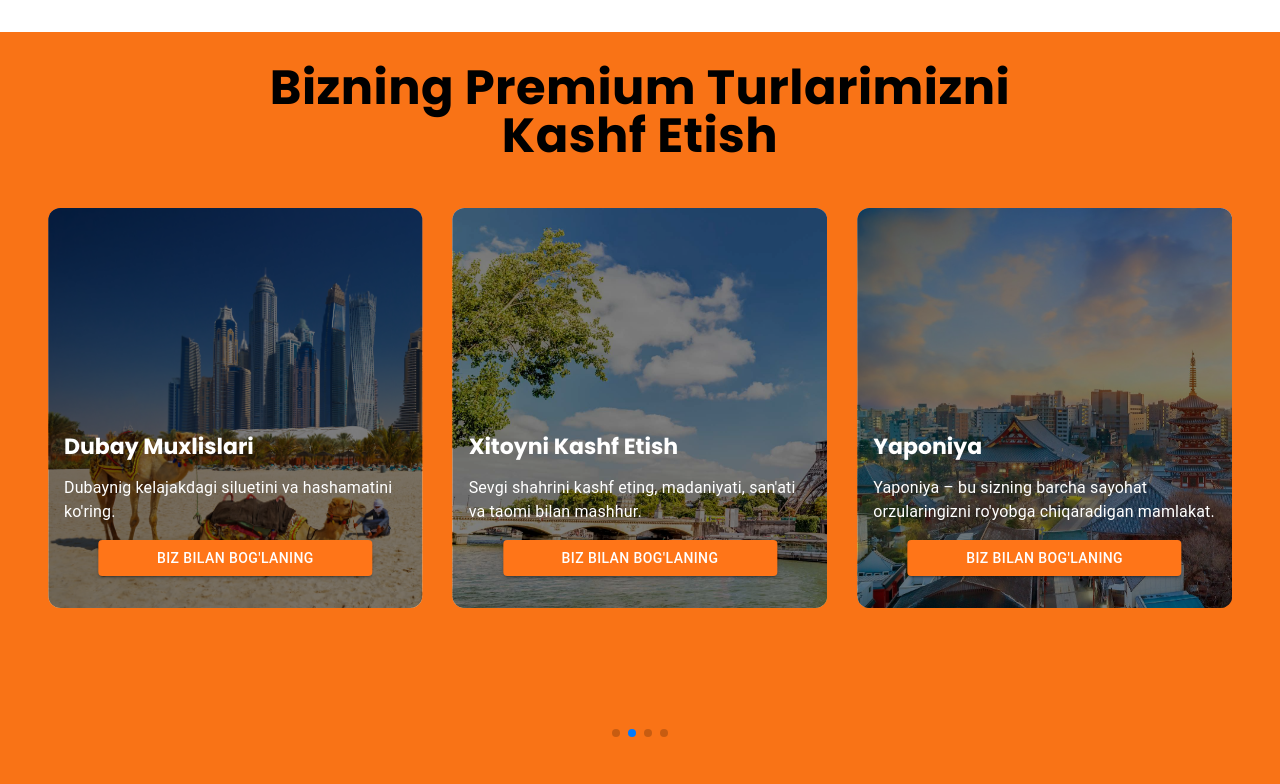
Repository: OgabekErkinov/i-am-tourist
Page: /
An editor plug-in stored every save of this project. The page is shown before and after the next save, followed by the edit.
The browser window is 1280 px wide. The pictures show the whole page.
The project was rebuilt for these pictures with package versions that can differ from the ones it lists, and the page was loaded fresh each time. Also part of the build but not shown: vite.config.js, src/components/navbar/LightDarkButton.jsx, src/I18/i18.js, src/components/navbar/languages/LanguageButton.jsx, src/components/navbar/NavbarItem.jsx, src/components/navbar/SocialNetworks.jsx, src/components/navbar/Logo.jsx, src/components/navbar/SectionsLinks.jsx and 7 more.

Above is the page before, as saved 2024-12-24 16:10:10.

### index.html
<!doctype html>
<html lang="en">
  <head>
    <meta charset="UTF-8" />
    <link rel="icon" type="image/svg+xml" href="https://www.ifly.com.uz/assets/logo-BPA5zOgc.png" />
    <meta name="viewport" content="width=device-width, initial-scale=1.0" />
    <link rel="preconnect" href="https://fonts.googleapis.com">
    <link rel="preconnect" href="https://fonts.gstatic.com" crossorigin>
    <link href="https://fonts.googleapis.com/css2?family=Poppins:ital,wght@0,100;0,200;0,300;0,400;0,500;0,600;0,700;0,800;0,900;1,100;1,200;1,300;1,400;1,500;1,600;1,700;1,800;1,900&display=swap" rel="stylesheet">
    <title>iFLY.com</title>
  </head>
  <body>
    <div id="root"></div>
    <script type="module" src="/src/main.jsx"></script>
  </body>
</html>

### src/index.css
/* Universal Reset */
* {
  margin: 0;
  padding: 0;
  box-sizing: border-box;
}


/* Root Container */
#root {
  max-width: 1900px;
  margin: 0 auto;
  display: flex;
  flex-direction: column;
  align-items: center;
  justify-content: center;
  font-family: 'Poppins';
  box-sizing: border-box;
}

### src/App.jsx
import { Stack } from "@mui/material"
import Header from "./components/header/Header"
import Main from "./components/main/Main"

function App() {


  return (
    <Stack width='100%'
           height='auto'
           alignItems='center'
           gap='1rem'>
        <Header/>
        <Main/>
    </Stack>



  )
}

export default App

### src/components/header/Header.jsx
import { Box, Stack } from '@mui/material';
import Navbar from '../navbar/Navbar';
import Slider from './Slider';
import React from 'react';
import Cards from '../cards/Cards';

const Header = () => {
  return (
    <Stack height="auto"
           width='100%'
           gap="2rem"
           marginBottom='1rem'
           boxSizing="border-box">
             <Stack width="100%"
                    height="auto"
                    alignItems='center'>
                         {/* <Box width="100%"
                              height="10vh"
                              bgcolor="transparent">
                        </Box> */}
                        {/* <Navbar /> */}
                        {/* <Slider /> */}
               </Stack>
               {/* <Cards /> */}
    </Stack>
  );
}

export default Header;

### src/components/main/Main.jsx
import { Stack } from '@mui/material'
import React from 'react'
import PremiumTours from '../premium/PremiumTours'
import TourPlaces from '../tourPlaces/TourPlaces'
import About from '../about/About'

const Main = () => {
  return (
    <Stack width={'100%'}
           height={'auto'}
           alignItems={'center'}
           gap='1rem'>
        <PremiumTours/>
        {/* <TourPlaces/> */}
        {/* <About/> */}

    </Stack>
  )
}

export default Main

### src/components/premium/PremiumTours.jsx
import React from 'react';
import { Stack, Typography, Box } from '@mui/material';
import 'swiper/css';
import 'swiper/css/effect-fade';
import 'swiper/css/pagination';
import 'swiper/css/autoplay';
import { Swiper, SwiperSlide } from 'swiper/react';
import { Navigation, Pagination, Scrollbar, Autoplay } from 'swiper/modules';
import { premiumToursServices } from '../../Database/db';
import PremiumItem from './PremiumItem';

const PremiumTours = () => {

  return (
    <Stack height={'auto'}
           width={'100%'}
           padding={'2rem 2rem'}
           bgcolor={'#F97316'}
           boxSizing={'border-box'} >
          <Stack height={'100%'}
                 width={'100%'}
                 justifyContent={'space-between'}
                 alignItems={'center'}
                 gap={'2rem'}>
              {/* Title */}
                <Typography fontFamily={'Poppins'}
                            width={'70%'}
                            fontSize={'48px'}
                            lineHeight={'48px'}
                            fontWeight={'bold'}
                            textAlign={'center'}
                            height={'auto'}
                            sx={{
                              '@media (max-width: 900px)': {
                               fontSize: '36px',
                               lineHeight: '40px',
                                },
                              '@media (max-width: 600px)': {
                                fontSize: '24px',
                                lineHeight: '28px',
                                },
                               }}>
                               Bizning Premium Turlarimizni Kashf Etish
                 </Typography>
            {/* Slider */}
                 <Box display={'flex'}
                      alignItems={'center'}
                      justifyContent={'center'}
                      height={'35rem'}
                      width={'100%'}>
                      <Swiper
                          modules={[Navigation, Pagination, Scrollbar, Autoplay]}
                          autoplay={{ delay: 2500, disableOnInteraction: false }}
                          navigation
                          pagination={{ clickable: false }}
                          scrollbar={{ draggable: true }}
                          loop={true}
                          style={{
                               width: '100%',
                               height: '100%',
                               padding : '1rem',
                               display : 'flex',
                               justifyContent : 'center',
                               alignItems : 'center' }}
                          breakpoints={{
                               524: {
                                  slidesPerView: 1,
                                  spaceBetween: 10 },
                               765: {
                                  slidesPerView: 2,
                                  spaceBetween: 20 },
                              1200: {
                                  slidesPerView: 3,
                                  spaceBetween: 30 } }}>
                          {
                           premiumToursServices?.map((tour, idx) => {
                                  return (
                                         <SwiperSlide key={idx}>
                                                 <PremiumItem tour={tour} />
                                           </SwiperSlide>
                                          );  })
                           }
                       </Swiper>
                  </Box>
            </Stack>
    </Stack>
  );
};

export default PremiumTours;

### src/Database/db.js
export const social_medias = [
    {
        id : 1,
        name : 'facebook',
        link : 'https://www.facebook.com',
        pathD : 'M279.14 288l14.22-92.66h-88.91v-60.13c0-25.35 12.42-50.06 52.24-50.06h40.42V6.26S260.43 0 225.36 0c-73.22 0-121.08 44.38-121.08 124.72v70.62H22.89V288h81.39v224h100.17V288z'
    },
    {
        id : 2,
        name : 'twitter',
        url : 'https://www.twitter.com',
        pathD : 'M419.37 151.716c.325 4.548.325 9.097.325 13.645 0 138.72-105.583 298.558-298.558 298.558-59.452 0-114.68-17.219-161.137-47.106 8.447.974 16.568 1.299 25.34 1.299 49.055 0 94.213-16.568 130.274-44.832-46.132-.975-84.792-31.188-98.112-72.772 6.498.974 12.995 1.624 19.818 1.624 9.421 0 18.843-1.3 27.614-3.573-48.081-9.747-84.143-51.98-84.143-102.985v-1.299c13.969 7.797 30.214 12.67 47.431 13.319-28.264-18.843-46.781-51.005-46.781-87.391 0-19.492 5.197-37.36 14.294-52.954 51.655 63.675 129.3 105.258 216.365 109.807-1.624-7.797-2.599-15.918-2.599-24.04 0-57.828 46.782-104.934 104.934-104.934 30.213 0 57.502 12.67 76.67 33.137 23.715-4.548 46.456-13.32 66.599-25.34-7.798 24.366-24.366 44.833-46.132 57.827 21.117-2.273 41.584-8.122 60.426-16.243-14.292 20.791-32.161 39.308-52.628 54.253z'
    },
    {
        id : 3,
        name : 'instagram',
        url : 'https://www.instagram.com/ifly.com.uz',
        pathD : 'M224.1 141c-63.6 0-114.9 51.3-114.9 114.9s51.3 114.9 114.9 114.9S339 319.5 339 255.9 287.7 141 224.1 141zm0 189.6c-41.1 0-74.7-33.5-74.7-74.7s33.5-74.7 74.7-74.7 74.7 33.5 74.7 74.7-33.6 74.7-74.7 74.7zm146.4-194.3c0 14.9-12 26.8-26.8 26.8-14.9 0-26.8-12-26.8-26.8s12-26.8 26.8-26.8 26.8 12 26.8 26.8zm76.1 27.2c-1.7-35.9-9.9-67.7-36.2-93.9-26.2-26.2-58-34.4-93.9-36.2-37-2.1-147.9-2.1-184.9 0-35.8 1.7-67.6 9.9-93.9 36.1s-34.4 58-36.2 93.9c-2.1 37-2.1 147.9 0 184.9 1.7 35.9 9.9 67.7 36.2 93.9s58 34.4 93.9 36.2c37 2.1 147.9 2.1 184.9 0 35.9-1.7 67.7-9.9 93.9-36.2 26.2-26.2 34.4-58 36.2-93.9 2.1-37 2.1-147.8 0-184.8zM398.8 388c-7.8 19.6-22.9 34.7-42.6 42.6-29.5 11.7-99.5 9-132.1 9s-102.7 2.6-132.1-9c-19.6-7.8-34.7-22.9-42.6-42.6-11.7-29.5-9-99.5-9-132.1s-2.6-102.7 9-132.1c7.8-19.6 22.9-34.7 42.6-42.6 29.5-11.7 99.5-9 132.1-9s102.7-2.6 132.1 9c19.6 7.8 34.7 22.9 42.6 42.6 11.7 29.5 9 99.5 9 132.1s2.7 102.7-9 132.1z'
    },
    {
        id : 4,
        name : 'linkedIn',
        url : 'https://www.linkedin.com',
        pathD : 'M100.28 448H7.4V148.9h92.88zM53.79 108.1C24.09 108.1 0 83.5 0 53.8a53.79 53.79 0 0 1 107.58 0c0 29.7-24.1 54.3-53.79 54.3zM447.9 448h-92.68V302.4c0-34.7-.7-79.2-48.29-79.2-48.29 0-55.69 37.7-55.69 76.7V448h-92.78V148.9h89.08v40.8h1.3c12.4-23.5 42.69-48.3 87.88-48.3 94 0 111.28 61.9 111.28 142.3V448z'
    },
    {
        id : 5,
        name : 'youtube',
        url : 'https://www.youtube.com',
        pathD : 'M549.655 124.083c-6.281-23.65-24.787-42.276-48.284-48.597C458.781 64 288 64 288 64S117.22 64 74.629 75.486c-23.497 6.322-42.003 24.947-48.284 48.597-11.412 42.867-11.412 132.305-11.412 132.305s0 89.438 11.412 132.305c6.281 23.65 24.787 41.5 48.284 47.821C117.22 448 288 448 288 448s170.78 0 213.371-11.486c23.497-6.321 42.003-24.171 48.284-47.821 11.412-42.867 11.412-132.305 11.412-132.305s0-89.438-11.412-132.305zm-317.51 213.508V175.185l142.739 81.205-142.739 81.201z'
    }
]

export const navLinks = [
    {
        id : 6,
        name : 'Excursions',
        link : '#excursions'
    },
    {
        id : 7,
        name : 'City',
        link : '#city'
    },
    {
        id : 8,
        name : 'About',
        link : '#about'
    },
    {
        id : 9,
        name : 'Contact',
        link : '#contact'
    }
]

export const SliderItems = [
    {
        url : '/malakali.jpg',
        heading : 'Malakali shahar',
        paragraph : "Dunyoning ko'ngilochar poytaxtiga sho'ng'ing."
    },
    {
        url : '/turkiya.jpg',
        heading : 'Sehrli Turkiya',
        paragraph : "Turkiyaning boy tarixi va ajoyib manzaralarini o'rganing."
    },
    {
        url : '/orol.jpg',
        heading : 'Orol chekinishi',
        paragraph : 'Ajoyib orol landshaftlari orasida tinchlikni his eting.'
    },
    {
        url : '/yaponiya.jpg',
        heading : 'Yaponiya',
        paragraph : "Zamonaviy hayot va qadimiy an'analar mamlakati"
    },
    {
        url : '/dubai.jpg',
        heading : "Dubayni kashf eting",
        paragraph : "Birlashgan Arab Amirliklarida hashamat, innovatsiyalar va sarguzashtlarni kashf eting."

    },
    {
        url : '/xitoyni.jpg',
        heading : 'Xitoyni kashf qiling',
        paragraph : "Xitoy: qadimgi tarix, Buyuk devor, innovatsiyalar, jonli madaniyat."
    },
    {
        url : '/tailand.jpg',
        heading : 'Tropik Tailand',
        paragraph : "Chiroyli plyajlarda dam oling va mazali taomlarni tatib ko'ring."
    }
]

export const addBanners = [
    {
        heading : 'Ajoyib plyaj',
        paragraph : 'Zamonaviy plyajlarni kashf eting va quyosh ostida dam oling.'
    },
    {
        heading : "Tog' sarguzashtlari",
        paragraph : "Qiziqarli tog' sayohatiga chiqing va tabiatni o'rganing."
    },
    {
        heading : 'Shahar sayohatlari',
        paragraph : "Qiziqarli tog' sayohatiga chiqing va tabiatni o'rganing."
    }
]

export const languages = [
    {
        lang : "o'zbek",
        flag : '/uzbekistan.png',
        translator : 'uz'
    },
    {
        lang : 'english',
        flag : '/united-states.png',
        translator : 'en'
    },
    {
        lang : 'русский',
        flag : '/russia.png',
        translator : 'ru'
    }
]

export const premiumToursServices = [
    {
        title : 'Tokio Sarguzashtlari',
        paragraph : "Yaponiya yuragida an'ana va texnologiyaning uyg'unligini his eting.",
        image : '/tokioprem.jpg'
    },
    {
        title : 'Dubay Muxlislari',
        paragraph : "Dubaynig kelajakdagi siluetini va hashamatini ko'ring.",
        image : '/dubaipremium.jpg'
    },
    {
        title : 'Xitoyni Kashf Etish',
        paragraph : "Sevgi shahrini kashf eting, madaniyati, san'ati va taomi bilan mashhur.",
        image : '/xitoyprem.jpg'
    },
    {
        title : 'Yaponiya',
        paragraph : "Yaponiya – bu sizning barcha sayohat orzularingizni ro'yobga chiqaradigan mamlakat.",
        image : '/xitoypremium.jpg'
    }
]

export const tourPlaces = [
    {
        image : '/yaponiya.jpg',
        title : 'Tokio, Yaponiya',
        paragraph : "Tokio Yaponiya poytaxti bo'lib, an'anaviy binolarni zamonaviy osmono'parlar bilan birlashtirish."
    },
    {
        image : '/orol.jpg',
        title : 'Orol joyi',
        paragraph : "Shahar shovqinidan uzoqda, tabiatning ajoyib go'zalligida dam oling."
    },
    {
        image : '/dubai.jpg',
        title : 'Dubay, BAA',
        paragraph : "Dubayning hargi skylinesi va hashamatini guvohi boling."
    },
    {
        image : '/vetnam.jpg',
        title : 'Vetnam sarguzashti',
        paragraph : "Vetnamning go'zalligiga kirib boring, rang- barang guruch teraslari va noyob madaniyat bilan tanishing!"
    },
    {
        image : '/maldiv.jpg',
        title : 'Maldivlar',
        paragraph : "Oq qumli plyajlar va toza suvlar bilan tropik jannatda dam oling. Hashamatli kurortlar va ajoyib suv osti dunyosidan zavq oling!"
    },
    {
        image : '/tailand.jpg',
        title : 'Tropik Tailand',
        paragraph : "Tailand chiroyli orollari, ko'chada oziq-ovqat va boy madaniyat merosi bilan mashhur."
    },
    {
        image : '/turkiya.jpg',
        title : "Mo'jizaviy Turkiya",
        paragraph : "Turkiyaning boy tarixini va go'zal manzaralarini kashf eting."
    }
]

export const services = [
    {
        pathD : 'M480 192H365.71L260.61 8.06A16.014 16.014 0 0 0 246.71 0h-65.5c-10.63 0-18.3 10.17-15.38 20.39L214.86 192H112l-43.2-57.6c-3.02-4.03-7.77-6.4-12.8-6.4H16.01C5.6 128-2.04 137.78.49 147.88L32 256 .49 364.12C-2.04 374.22 5.6 384 16.01 384H56c5.04 0 9.78-2.37 12.8-6.4L112 320h102.86l-49.03 171.6c-2.92 10.22 4.75 20.4 15.38 20.4h65.5c5.74 0 11.04-3.08 13.89-8.06L365.71 320H480c35.35 0 96-28.65 96-64s-60.65-64-96-64z',
        title : 'Xalqaro Sayohat',
        paragraph : "Dunyodagi eng go'zal joylarga sayohatlarni tashkil etamiz.",
        color : 'blue'
    },
    {
        icon : 'M560 64c8.84 0 16-7.16 16-16V16c0-8.84-7.16-16-16-16H16C7.16 0 0 7.16 0 16v32c0 8.84 7.16 16 16 16h15.98v384H16c-8.84 0-16 7.16-16 16v32c0 8.84 7.16 16 16 16h240v-80c0-8.8 7.2-16 16-16h32c8.8 0 16 7.2 16 16v80h240c8.84 0 16-7.16 16-16v-32c0-8.84-7.16-16-16-16h-16V64h16zm-304 44.8c0-6.4 6.4-12.8 12.8-12.8h38.4c6.4 0 12.8 6.4 12.8 12.8v38.4c0 6.4-6.4 12.8-12.8 12.8h-38.4c-6.4 0-12.8-6.4-12.8-12.8v-38.4zm0 96c0-6.4 6.4-12.8 12.8-12.8h38.4c6.4 0 12.8 6.4 12.8 12.8v38.4c0 6.4-6.4 12.8-12.8 12.8h-38.4c-6.4 0-12.8-6.4-12.8-12.8v-38.4zm-128-96c0-6.4 6.4-12.8 12.8-12.8h38.4c6.4 0 12.8 6.4 12.8 12.8v38.4c0 6.4-6.4 12.8-12.8 12.8h-38.4c-6.4 0-12.8-6.4-12.8-12.8v-38.4zM179.2 256h-38.4c-6.4 0-12.8-6.4-12.8-12.8v-38.4c0-6.4 6.4-12.8 12.8-12.8h38.4c6.4 0 12.8 6.4 12.8 12.8v38.4c0 6.4-6.4 12.8-12.8 12.8zM192 384c0-53.02 42.98-96 96-96s96 42.98 96 96H192zm256-140.8c0 6.4-6.4 12.8-12.8 12.8h-38.4c-6.4 0-12.8-6.4-12.8-12.8v-38.4c0-6.4 6.4-12.8 12.8-12.8h38.4c6.4 0 12.8 6.4 12.8 12.8v38.4zm0-96c0 6.4-6.4 12.8-12.8 12.8h-38.4c-6.4 0-12.8-6.4-12.8-12.8v-38.4c0-6.4 6.4-12.8 12.8-12.8h38.4c6.4 0 12.8 6.4 12.8 12.8v38.4z',
        title : 'Qulay Mehmonxonalar',
        paragraph : " Eng yaxshi va eng qulay mehmonxonalar bilan qoling.",
        color : 'green'
    },
    {
        icon : 'M416 320h-96c-17.6 0-32-14.4-32-32s14.4-32 32-32h96s96-107 96-160-43-96-96-96-96 43-96 96c0 25.5 22.2 63.4 45.3 96H320c-52.9 0-96 43.1-96 96s43.1 96 96 96h96c17.6 0 32 14.4 32 32s-14.4 32-32 32H185.5c-16 24.8-33.8 47.7-47.3 64H416c52.9 0 96-43.1 96-96s-43.1-96-96-96zm0-256c17.7 0 32 14.3 32 32s-14.3 32-32 32-32-14.3-32-32 14.3-32 32-32zM96 256c-53 0-96 43-96 96s96 160 96 160 96-107 96-160-43-96-96-96zm0 128c-17.7 0-32-14.3-32-32s14.3-32 32-32 32 14.3 32 32-14.3 32-32 32z',
        title : "Maxsus yo'nalishlar",
        paragraph : "Har bir mijoz uchun individual yo'nalishlarni yaratamiz.",
        color : 'orange'
    },
    {
        icon : 'M192 256c61.9 0 112-50.1 112-112S253.9 32 192 32 80 82.1 80 144s50.1 112 112 112zm76.8 32h-8.3c-20.8 10-43.9 16-68.5 16s-47.6-6-68.5-16h-8.3C51.6 288 0 339.6 0 403.2V432c0 26.5 21.5 48 48 48h288c26.5 0 48-21.5 48-48v-28.8c0-63.6-51.6-115.2-115.2-115.2zM480 256c53 0 96-43 96-96s-43-96-96-96-96 43-96 96 43 96 96 96zm48 32h-3.8c-13.9 4.8-28.6 8-44.2 8s-30.3-3.2-44.2-8H432c-20.4 0-39.2 5.9-55.7 15.4 24.4 26.3 39.7 61.2 39.7 99.8v38.4c0 2.2-.5 4.3-.6 6.4H592c26.5 0 48-21.5 48-48 0-61.9-50.1-112-112-112z',
        title : "Malakali yo'riqchilar",
        paragraph : " Har bir mijoz uchun individual yo'nalishlarni yaratamiz.",
        color : 'violet'
    }

]

### src/components/premium/PremiumItem.jsx
import { Box, Button, Stack, Typography } from '@mui/material';
import React from 'react';

const PremiumItem = ({ tour }) => {
  return (
    <Box height="25rem"
         display="flex"
         justifyContent="center"
         alignItems="center"
         borderRadius="12px"
         overflow="hidden"
         position="relative"
         sx={{
             transition : '0.3s',
             backgroundImage: `url(${tour?.image})`,
             backgroundSize: 'cover',
             '@media(max-width : 524px)' : {
                         width : '90%',
                         marginX : 'auto'  },
             '@media(max-width : 765px)' : {
                         width : '45%' },
              '&:hover' : {
                transform : 'scale(1.1)',
                transition : '0.3s',
              } }} >
         <Stack height="100%"
                width="100%"
                padding="2rem 0"
                boxSizing="border-box"
                borderRadius="12px"
                alignItems="center"
                bgcolor="rgba(0, 0, 0, 0.5)"
                position="absolute"
                zIndex={1}
                sx={{
                  '@media(min-width : 300px)' : {
                         justifyContent : 'center',
                         alignItems : 'center',
                         paddingX : '1rem',
                         gap : '1rem' },
                  '@media(min-width : 524px)' : {
                         justifyContent : 'flex-end',
                         alignItems : 'start' } }} >
                 <Typography variant="h3"
                             sx={{
                               fontWeight: 'bold',
                               fontFamily: 'Poppins',
                               color: 'white',
                               textAlign: 'start',
                               paddingRight: '10px',
                               margin: 0,
                               width: 'auto',
                              '@media (min-width: 300px)': {
                                      fontSize: '18px'  },
                              '@media (min-width : 524px)' : {
                                      fontSize : '22px'  }  }}  >
                               {tour.title}
                  </Typography>
                  <Typography width="auto"
                              sx={{
                                color: 'white',
                                textAlign: 'start',
                               '@media (min-width: 300px)': {
                                        fontSize: '12px',
                                        height : 'auto',
                                        textAlign : 'center' },
                                '@media (min-width : 524px)' : {
                                        fontSize : '16px',
                                        textAlign : 'start' } }}>
                                        {tour.paragraph}
                   </Typography>
                   <Button variant="contained"
                           sx={{
                              color: 'white',
                              backgroundColor: '#FF7518',
                              width : '80%',
                              margin : '0 auto' }}>
                           Biz bilan bog'laning
                  </Button>
      </Stack>
    </Box>
  );
};

export default PremiumItem;

Loaded but not shown: src/main.jsx (common file)

After the next save:
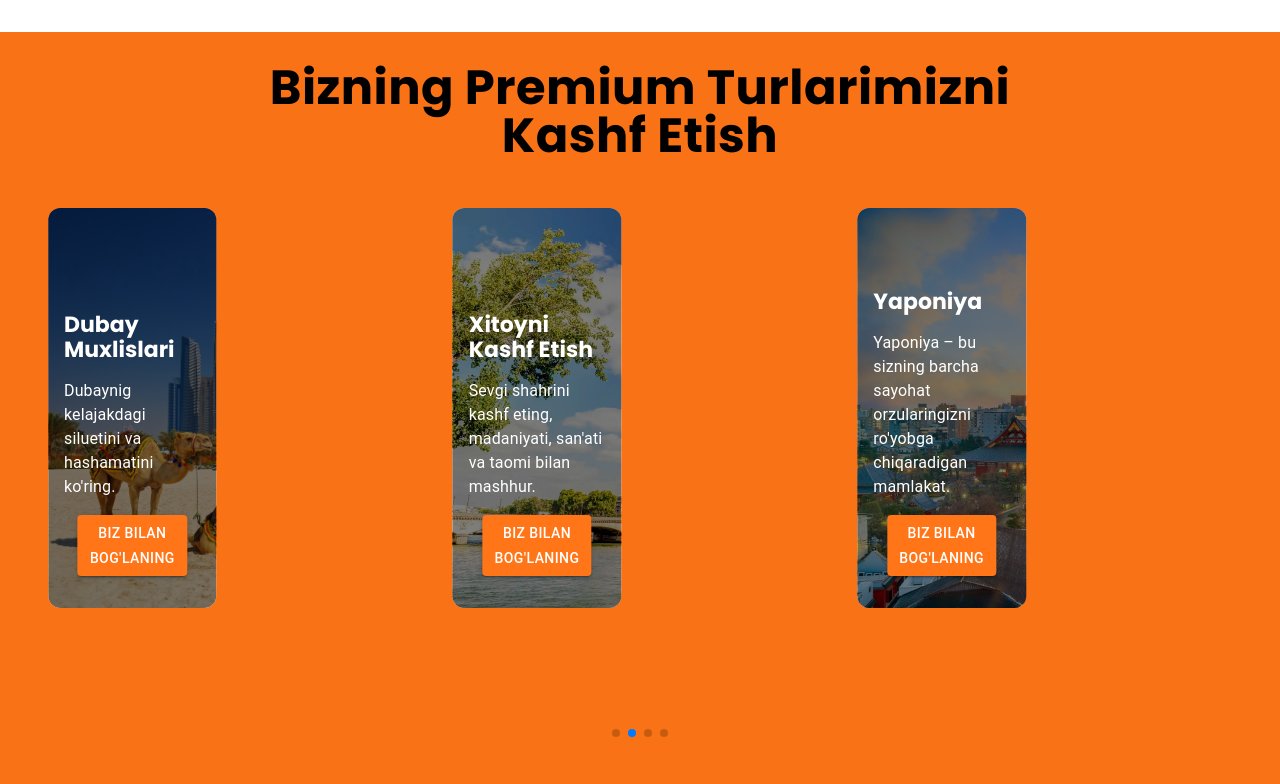
Saved 31 s later.
--- a/src/components/premium/PremiumItem.jsx
+++ b/src/components/premium/PremiumItem.jsx
@@ -17,7 +17,7 @@ const PremiumItem = ({ tour }) => {
              '@media(max-width : 524px)' : {
                          width : '90%',
                          marginX : 'auto'  },
-             '@media(max-width : 765px)' : {
+             '@media(min-width : 765px)' : {
                          width : '45%' },
               '&:hover' : {
                 transform : 'scale(1.1)',
